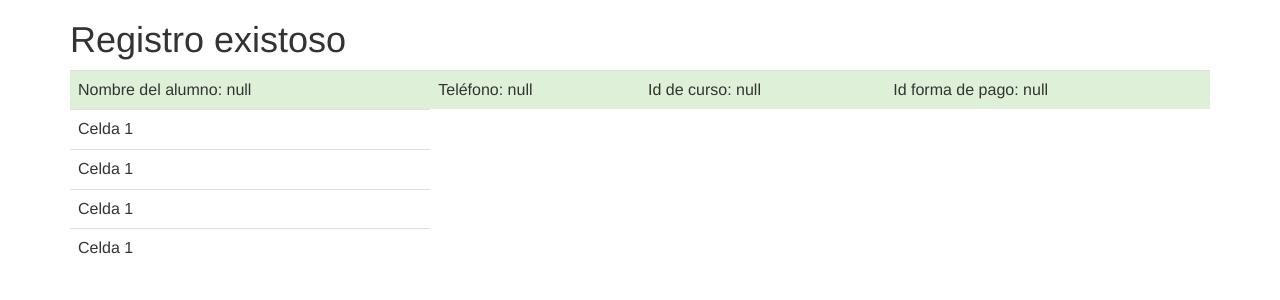
Repository: MarceArratia/ProyectosJava
Page: http://localhost/ListarInscripciones/preConfirmacion
These files come from the project's save history. The page is drawn as it stood at one moment and after the next save; the edit follows.
The browser window is 1280 px wide. The pictures show the whole page.
The page is served by Tomcat 9.

Above is the page before, as saved 2020-07-29 00:45:11.

After the next save:
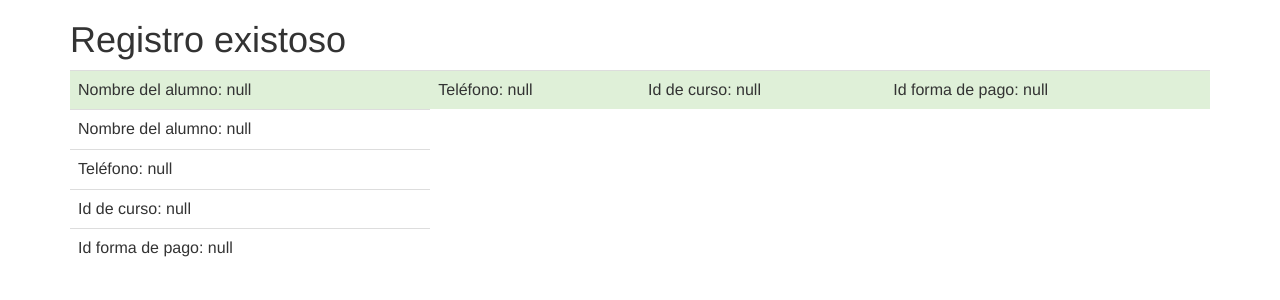
Saved 70 s later.
--- a/ListarInscripciones/WebContent/confirmacion.jsp
+++ b/ListarInscripciones/WebContent/confirmacion.jsp
@@ -28,19 +28,19 @@
 </tr>
 <tr>
   <tr>
-  <td>Celda 1</td>
+  <td>Nombre del alumno: <%=nombre%></td>
  </tr>
     <tr>
 
-    <td>Celda 1</td>
+    <td>Teléfono: <%=celular%></td>
  </tr>
    <tr>
 
-    <td>Celda 1</td>
+    <td>Id de curso: <%=idCurso%></td>
   </tr>
     <tr>
 
-    <td>Celda 1</td>
+    <td>Id forma de pago: <%=idFormaDePago%></td>
 
   </tr>
  </table>
